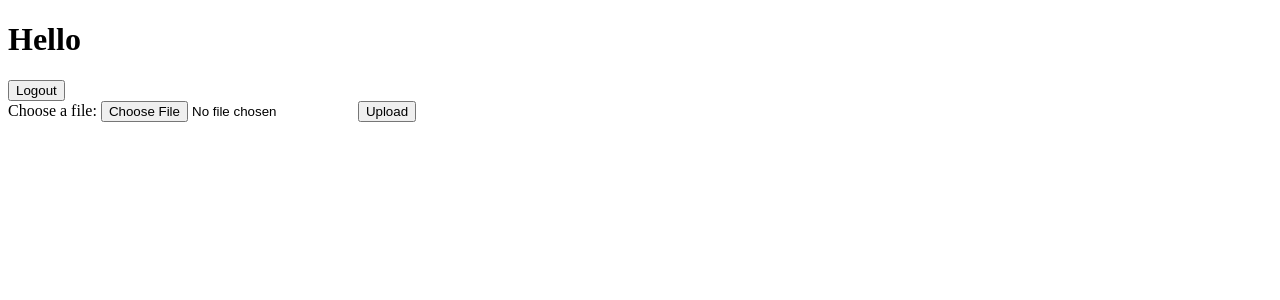
Repository: quynh-trandiem04/BaiTap_Tuan4_LTWeb
Page: http://localhost/Project_LTWeb/views/Home.jsp
The author's editor kept a copy of each file at every save. The page is drawn from the files as they stood at one save, then again after the next save.
The browser window is 1280 px wide. The pictures show the whole page.
The page is served by Tomcat 10. Nobody is signed in. The application's start-up code is not run.

Above is the page before, as saved 2024-09-24 13:42:02.

After the next save:
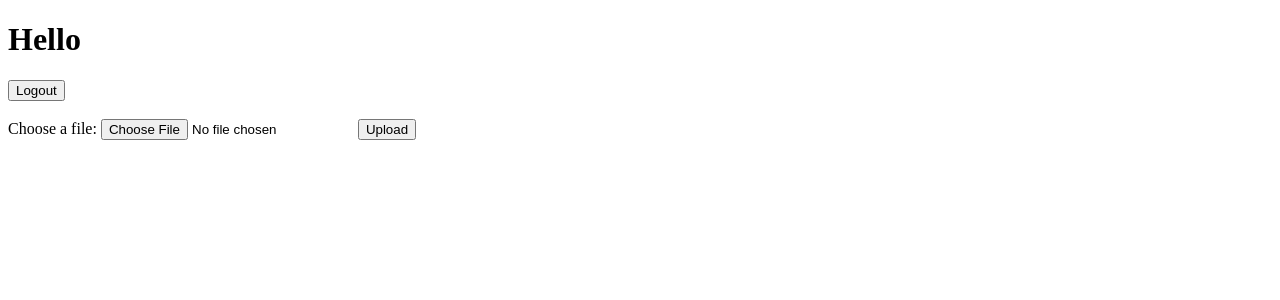
Saved 58 s later.
--- a/Project_LTWeb/src/main/webapp/views/Home.jsp
+++ b/Project_LTWeb/src/main/webapp/views/Home.jsp
@@ -1,23 +1,27 @@
-<%@ page language="java" contentType="text/html; charset=UTF-8"
-    pageEncoding="UTF-8"%>
+<%@ page language="java" contentType="text/html; charset=UTF-8" pageEncoding="UTF-8"%>
 <!DOCTYPE html>
 <html>
 <head>
-<meta charset="UTF-8">
-<title>Insert title here</title>
+    <meta charset="UTF-8">
+    <title>File Upload Page</title>
 </head>
 <body>
     <h1>Hello</h1>
 
-	<form action="${pageContext.request.contextPath}/logout" method="get">
-		<button type="submit">Logout</button>
-	</form>
+    <!-- Form to handle logout -->
+    <form action="${pageContext.request.contextPath}/logout" method="get">
+        <button type="submit">Logout</button>
+    </form>
 
-	<form method="post" action="${pageContext.request.contextPath}/multiPartServlet"
-		enctype="multipart/form-data">
-		Choose a file: <input type="file" name="multiPartServlet" /> <input
-			type="submit" value="Upload" />
-	</form>
+    <br/>
+
+    <!-- Form to upload a file using Servlet Multipart -->
+    <form method="post" action="${pageContext.request.contextPath}/multiPartServlet" enctype="multipart/form-data">
+        <!-- File input for uploading a file -->
+        Choose a file:
+        <input type="file" name="uploadFile" required />
+        <input type="submit" value="Upload" />
+    </form>
 
 </body>
 </html>
